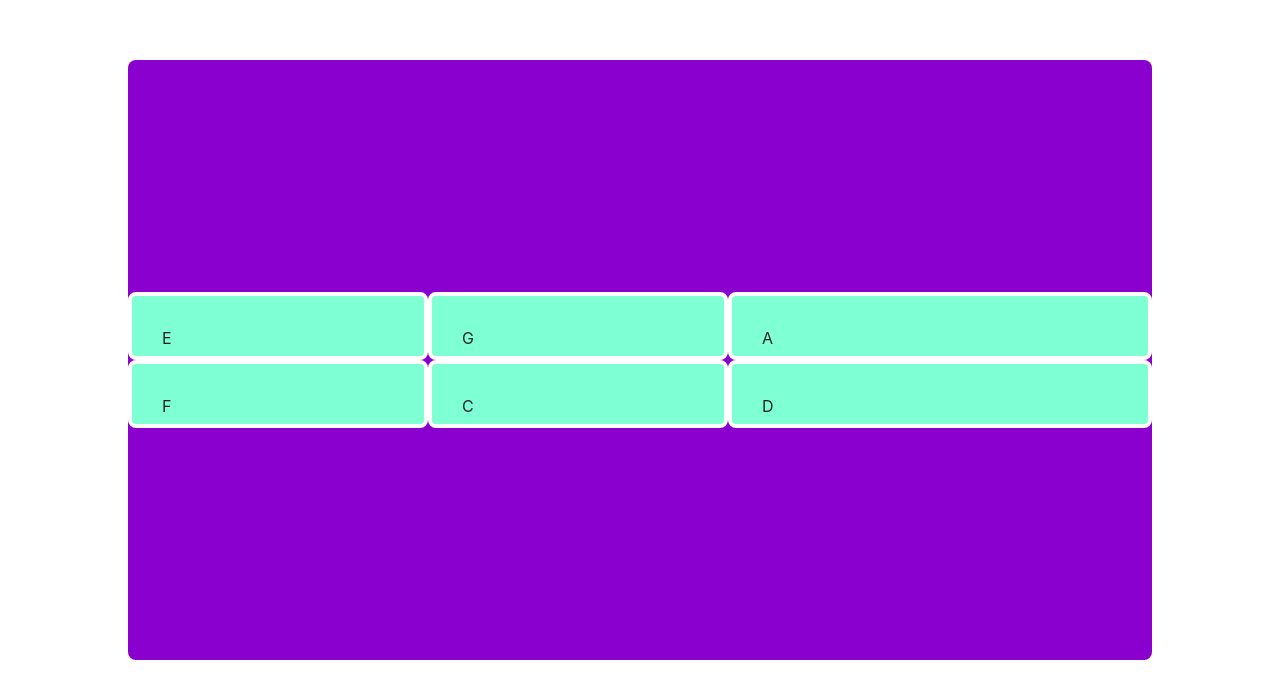
Repository: alessandradiamantino/Curso-Front-End-Design
Page: 1 - Introdução ao HTML e CSS/3 - Layouts, Grids e Flexbox/Bootstrap Grid system/index.html
The author's editor kept a copy of each file at every save. The page is drawn from the files as they stood at one save, then again after the next save.
The browser window is 1280 px wide. The pictures show the whole page.

Above is the page before, as saved 2023-04-24 15:07:32.

### 1 - Introdução ao HTML e CSS/3 - Layouts, Grids e Flexbox/Bootstrap Grid system/index.html
<!DOCTYPE html>
<html lang="en">
<head>
  <meta charset="UTF-8">
  <meta http-equiv="X-UA-Compatible" content="IE=edge">
  <meta name="viewport" content="width=device-width, initial-scale=1.0">
  <link rel="stylesheet" href="css/bootstrap.min.css">
  <link rel="stylesheet" href="css/style.css">
  <title>Document</title>
</head>

<body>
 <!--
  <div class="my-box container justify-content-center"> <!-- container responsivo
  <div class="row">
    <div class="col-sm- col-lg-3 div-1">DIV 1</div>
    <div class="col-sm- col-lg-2 div-2">DIV 2</div>
    <div class="col-sm- col-lg-2 div-3">DIV 3</div>
  </div>
   </div>
-->
   <div class="my-container">
    <div class="my-item order-1 grow-2" >
      A
    </div>
    <div class="my-item order-3" >
      C
    </div>
    <div class="my-item order-4 grow-5" >
      D
    </div>
    <div class="my-item shrink-1">
      E
    </div>
    <div class="my-item order-2" >
      F
    </div>
    <div class="my-item shrink-1" >
      G
    </div>

   </div>
</body>
</html>

### 1 - Introdução ao HTML e CSS/3 - Layouts, Grids e Flexbox/Bootstrap Grid system/css/style.css
* {
  box-sizing: border-box;
}
body {
  margin: 0;
  padding: 0;
}

.my-box{
  height: 100px;
}

.my-container{
  display: flex;
  width: 80%;
  height: 600px;
  margin: 60px auto;
  background-color: #8a00cf;
  border-radius: 8px;
  /*flex-direction: row;
  flex-wrap: wrap;*/
  flex-flow: row wrap;
  justify-content: space-between;
  align-items: center;
  align-content: center;
}

.my-item {
  height: 50px;
  padding: 30px;
  background-color: aquamarine;
  border-radius: 8px;
  border: 4px solid white;
  flex-basis: 300px;
}

.order-1 {
  order: 1;
}

.order-2 {
  order: 2;
}

.order-3 {
  order: 3;
}

.order-4 {
  order: 4;
}

.grow-1{
  flex-grow: 1;
}

.grow-2{
  flex-grow: 2;
}

.grow-5{
  flex-grow: 5;
}

.shrink-1{
  flex-shrink: 1;
}

.shrink-5{
  flex-shrink: 5;
}
.my-box div {
  background-color: blueviolet;
  height: 80px;
  margin-top: 10px;
}

.my-box .div-1 {
  background-color: aquamarine;
}

.my-box .div-2 {
  background-color: bisque;
}

.my-box .div-3 {
  background-color: cornflowerblue;
}

.flex-grow-3 {
  flex: 3 1 auto;
}

Loaded but not shown: 1 - Introdução ao HTML e CSS/3 - Layouts, Grids e Flexbox/Bootstrap Grid system/css/bootstrap.min.css (library)

After the next save:
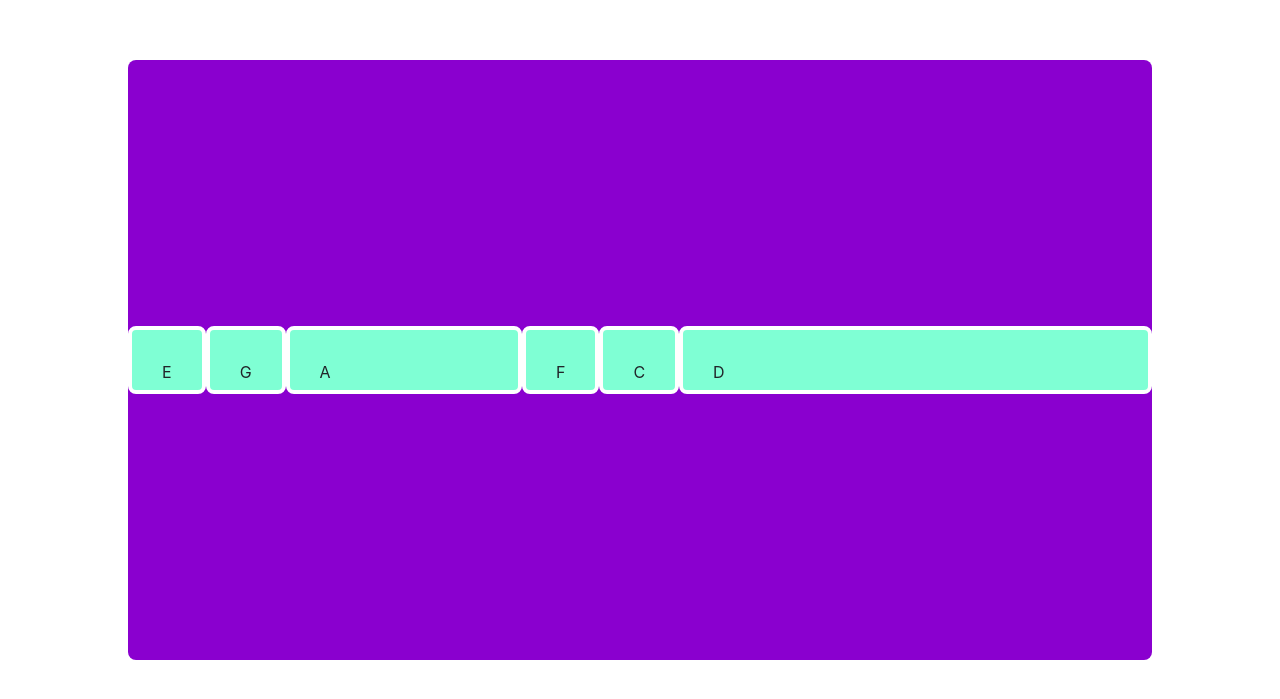
Saved 12 s later.
--- a/1 - Introdução ao HTML e CSS/3 - Layouts, Grids e Flexbox/Bootstrap Grid system/css/style.css
+++ b/1 - Introdução ao HTML e CSS/3 - Layouts, Grids e Flexbox/Bootstrap Grid system/css/style.css
@@ -31,7 +31,6 @@ body {
   background-color: aquamarine;
   border-radius: 8px;
   border: 4px solid white;
-  flex-basis: 300px;
 }
 
 .order-1 {
